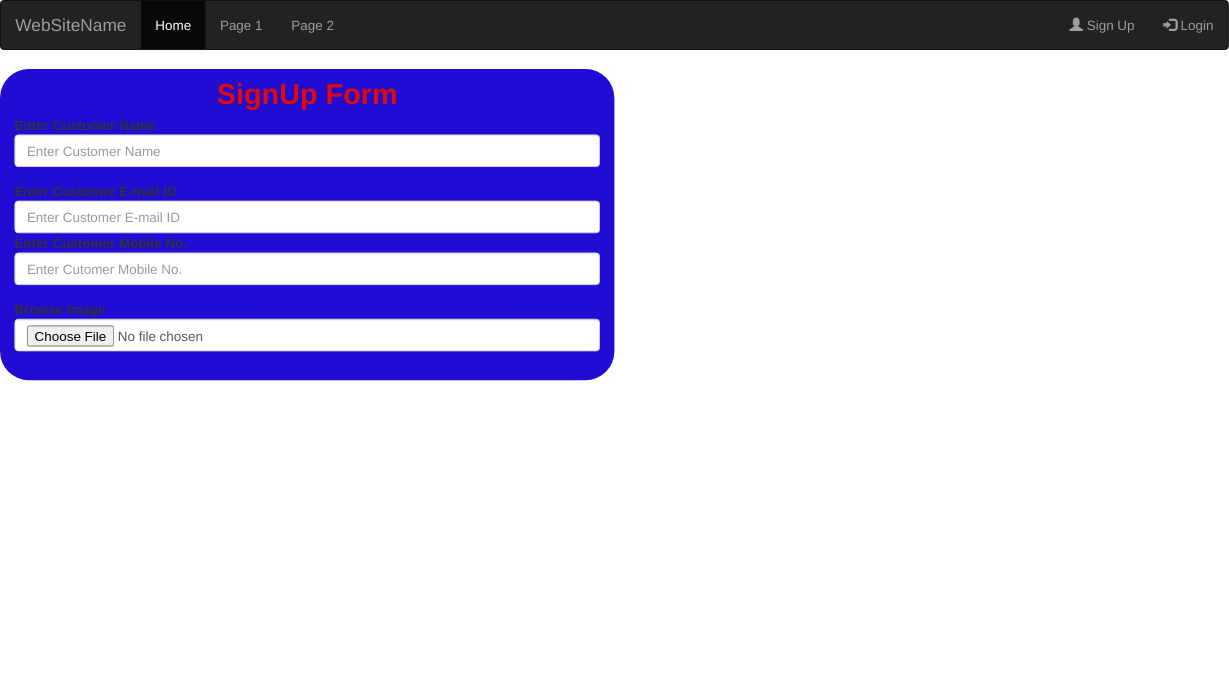
Repository: vikasyadav1433/myproject
Page: http://localhost/hustle/WEB-INF/alljsppages/signUpForm.jsp
These files come from the project's save history. The page is drawn as it stood at one moment and after the next save; the edit follows.
The browser window is 1280 px wide. The pictures show the whole page, at 96% of full size.
Some web libraries are served in a nearby version. The page is served by Tomcat 9. Nobody is signed in. Other server files are loaded and not shown. The template is opened directly, without the code that normally fills it, so the values that code supplies are empty.

Above is the page before, as saved 2017-08-06 16:06:16.

### workspace2/hustle/src/main/webapp/WEB-INF/alljsppages/signUpForm.jsp
<%@ page language="java" contentType="text/html; charset=ISO-8859-1"
	pageEncoding="ISO-8859-1"%>
<%@ taglib uri="http://www.springframework.org/tags/form" prefix="xyz"%>
<!DOCTYPE html PUBLIC "-//W3C//DTD HTML 4.01 Transitional//EN" "http://www.w3.org/TR/html4/loose.dtd">
<html>
<head><%@include file="links.jsp"%>
<meta http-equiv="Content-Type" content="text/html; charset=ISO-8859-1">
<title>Insert title here</title>
</head>
<body><%@include file="navbar.jsp"%>
	<div class="col-sm-6"
		style="background-color: #200cd3; border-radius: 30px; padding-bottom: 15px; padding-top: 5px;">
		<div align="center" style="font-size: 30px; color: #e20909">
			<b>SignUp Form</b>
		</div>

		<xyz:form commandName="customer" action="reqSendSingnUpData"
			enctype="mltipart/form-data">
			<div class="form-group">
				<b> Enter Customer Name</b><br>
				<xyz:input class="form-control" placeholder="Enter Customer Name"
					path="customername"/>
			</div>
			<div class="form-grorp">
				<b>Enter Customer E-mail ID</b><br>
				<xyz:input class="form-control"
					placeholder="Enter Customer E-mail ID" path="mailid" />
			</div>
			<div class="form-group">
				<b>Enter Customer Mobile No.</b><br>
				<xyz:input class="form-control"
					placeholder="Enter Cutomer Mobile No." path="mobileno" />
			</div>
			<div class="form-group">
			<b>Browse Image</b><br>
			<xyz:input class="form-control" type="file" path="CustomerImage"/>
			</div>

		</xyz:form>

	</div>

</body>
</html>

### workspace2/hustle/src/main/webapp/WEB-INF/alljsppages/links.jsp
 <link rel="stylesheet" href="https://maxcdn.bootstrapcdn.com/bootstrap/3.3.7/css/bootstrap.min.css">
  <script src="https://ajax.googleapis.com/ajax/libs/jquery/3.1.1/jquery.min.js"></script>
  <script src="https://maxcdn.bootstrapcdn.com/bootstrap/3.3.7/js/bootstrap.min.js"></script>

### workspace2/hustle/src/main/webapp/WEB-INF/alljsppages/navbar.jsp
 <nav class="navbar navbar-inverse">
  <div class="container-fluid">
    <div class="navbar-header">
      <a class="navbar-brand" href="#">WebSiteName</a>
    </div>
    <ul class="nav navbar-nav">
      <li class="active"><a href="#">Home</a></li>
      <li><a href="#">Page 1</a></li>
      <li><a href="#">Page 2</a></li>
    </ul>
    <ul class="nav navbar-nav navbar-right">
      <li><a href="reqSignUpForm"><span class="glyphicon glyphicon-user"></span> Sign Up</a></li>
      <li><a href="#"><span class="glyphicon glyphicon-log-in"></span> Login</a></li>
    </ul>
  </div>
</nav>

After the next save:
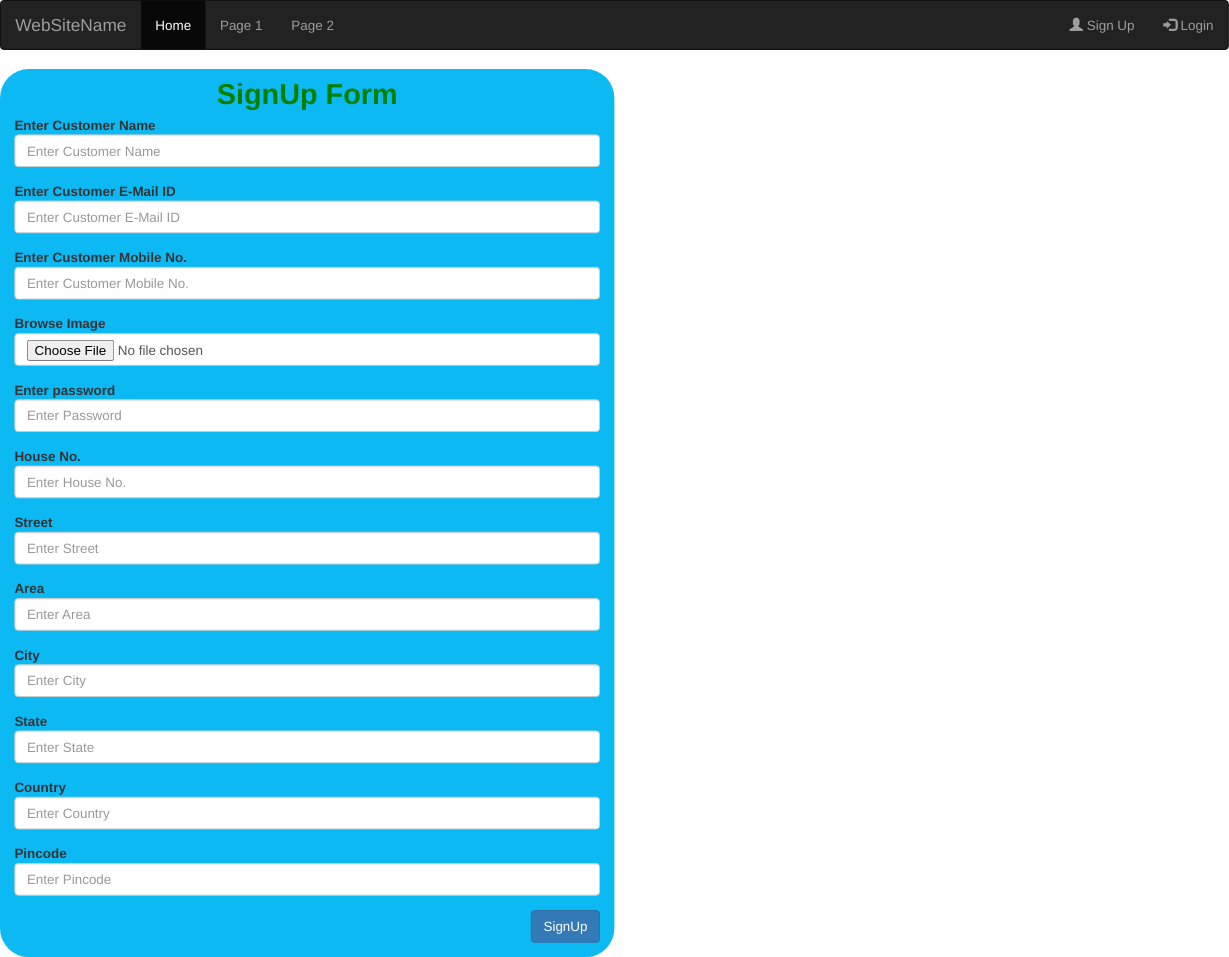
Saved 2 min 44 s later.
--- a/workspace2/hustle/src/main/webapp/WEB-INF/alljsppages/signUpForm.jsp
+++ b/workspace2/hustle/src/main/webapp/WEB-INF/alljsppages/signUpForm.jsp
@@ -8,37 +8,97 @@
 <title>Insert title here</title>
 </head>
 <body><%@include file="navbar.jsp"%>
-	<div class="col-sm-6"
-		style="background-color: #200cd3; border-radius: 30px; padding-bottom: 15px; padding-top: 5px;">
-		<div align="center" style="font-size: 30px; color: #e20909">
-			<b>SignUp Form</b>
-		</div>
+		<div class="col-sm-6"
+			style="background-color: #0db9f2; border-radius: 30px; padding-bottom: 15px; padding-top: 5px;">
 
-		<xyz:form commandName="customer" action="reqSendSingnUpData"
-			enctype="mltipart/form-data">
-			<div class="form-group">
-				<b> Enter Customer Name</b><br>
-				<xyz:input class="form-control" placeholder="Enter Customer Name"
-					path="customername"/>
-			</div>
-			<div class="form-grorp">
-				<b>Enter Customer E-mail ID</b><br>
-				<xyz:input class="form-control"
-					placeholder="Enter Customer E-mail ID" path="mailid" />
-			</div>
-			<div class="form-group">
-				<b>Enter Customer Mobile No.</b><br>
-				<xyz:input class="form-control"
-					placeholder="Enter Cutomer Mobile No." path="mobileno" />
-			</div>
-			<div class="form-group">
-			<b>Browse Image</b><br>
-			<xyz:input class="form-control" type="file" path="CustomerImage"/>
+
+			<div align="center" style="font-size: 30px; color: green">
+				<b>SignUp Form</b>
 			</div>
 
-		</xyz:form>
 
-	</div>
+
+
+			<xyz:form commandName="customer" action="reqSendSignupData"
+				enctype="multipart/form-data">
+
+				<div class="form-group">
+					<b> Enter Customer Name </b> <br>
+					<xyz:input class="form-control" placeholder="Enter Customer Name"
+						path="customername" />
+				</div>
+
+				<div class="form-group">
+					<b> Enter Customer E-Mail ID </b> <br>
+					<xyz:input class="form-control"
+						placeholder="Enter Customer E-Mail ID" path="mailid" />
+				</div>
+
+				<div class="form-group">
+					<b> Enter Customer Mobile No. </b> <br>
+					<xyz:input class="form-control"
+						placeholder="Enter Customer Mobile No." path="mobileno" />
+				</div>
+
+				<div class="form-group">
+					<b>Browse Image</b> <br>
+					<xyz:input class="form-control" type="file" path="customerImage" />
+				</div>
+
+				<div class="form-group">
+					<b> Enter password </b> <br>
+					<xyz:password class="form-control" placeholder="Enter Password"
+						path="userDetails.password" />
+				</div>
+
+				<div class="form-group">
+					<b>House No. </b> <br>
+					<xyz:input class="form-control" placeholder="Enter House No."
+						path="shippingAddress.houseno" />
+				</div>
+
+				<div class="form-group">
+					<b>Street</b> <br>
+					<xyz:input class="form-control" placeholder="Enter Street"
+						path="shippingAddress.street" />
+				</div>
+
+				<div class="form-group">
+					<b>Area</b> <br>
+					<xyz:input class="form-control" placeholder="Enter Area"
+						path="shippingAddress.area" />
+				</div>
+
+				<div class="form-group">
+					<b>City</b> <br>
+					<xyz:input class="form-control" placeholder="Enter City"
+						path="shippingAddress.city" />
+				</div>
+
+				<div class="form-group">
+					<b>State</b> <br>
+					<xyz:input class="form-control" placeholder="Enter State"
+						path="shippingAddress.state" />
+				</div>
+
+				<div class="form-group">
+					<b>Country</b> <br>
+					<xyz:input class="form-control" placeholder="Enter Country"
+						path="shippingAddress.country" />
+				</div>
+
+				<div class="form-group">
+					<b>Pincode</b> <br>
+					<xyz:input class="form-control" placeholder="Enter Pincode"
+						path="shippingAddress.pincode" />
+				</div>
+
+				<div align="right">
+					<xyz:button class="btn btn-primary">SignUp</xyz:button>
+				</div>
+			</xyz:form>
+
+		</div>
 
 </body>
 </html>
